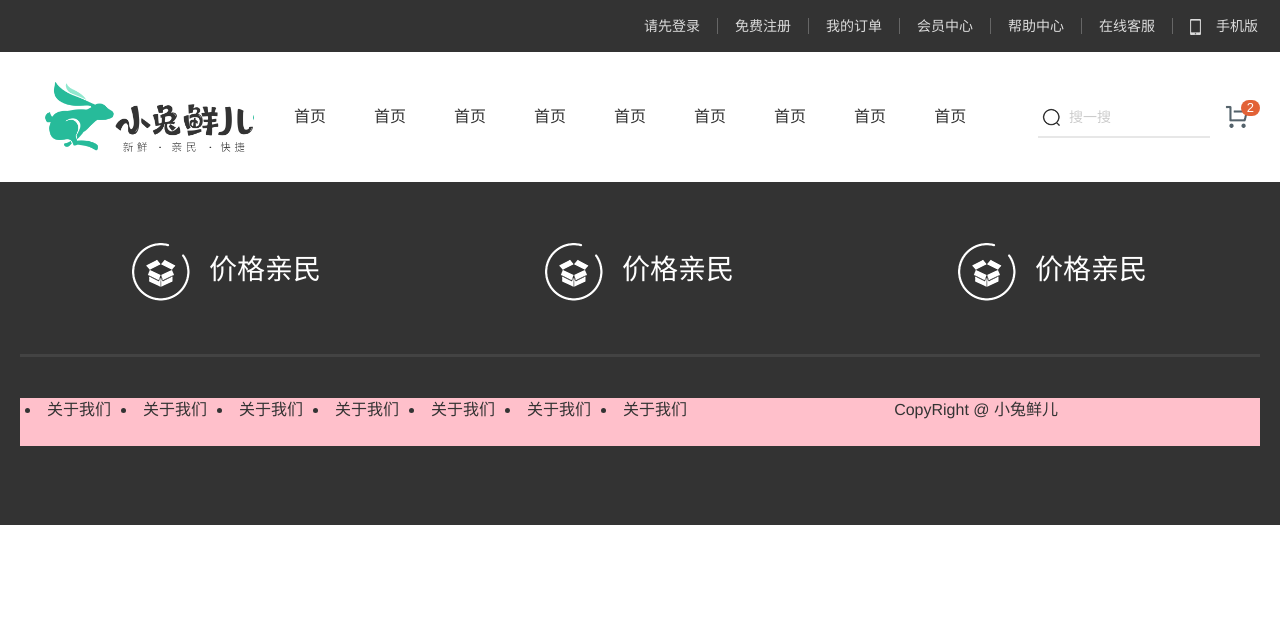
Repository: DengBiHua/xtx_pc_client
Page: index.html
An editor plug-in stored every save of this project. The page is shown before and after the next save, followed by the edit.
The browser window is 1280 px wide. The pictures show the whole page.

Above is the page before, as saved 2022-04-16 15:50:12.

After the next save:
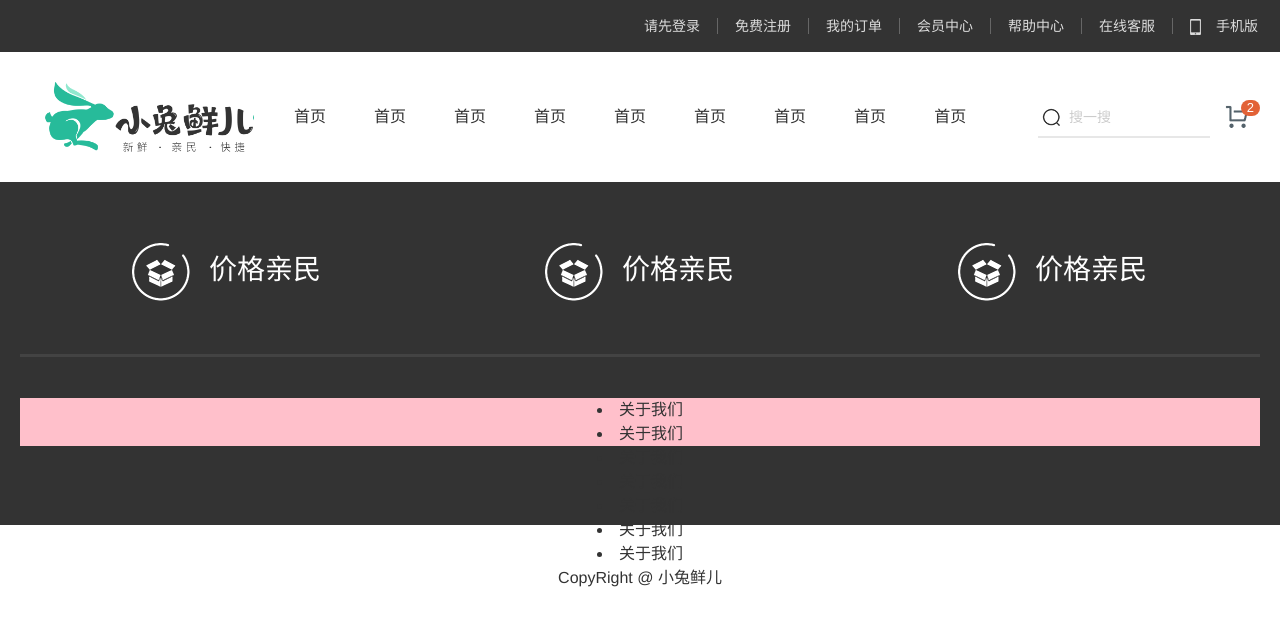
Saved 14 s later.
--- a/css/common.css
+++ b/css/common.css
@@ -176,12 +176,3 @@
     background-color: pink;
     text-align: center;
 }
-
-.footer .bottom ul {
-    margin: 0 auto;
-}
-
-.footer .bottom li {
-    float: left;
-    padding: 0 5px;
-}
